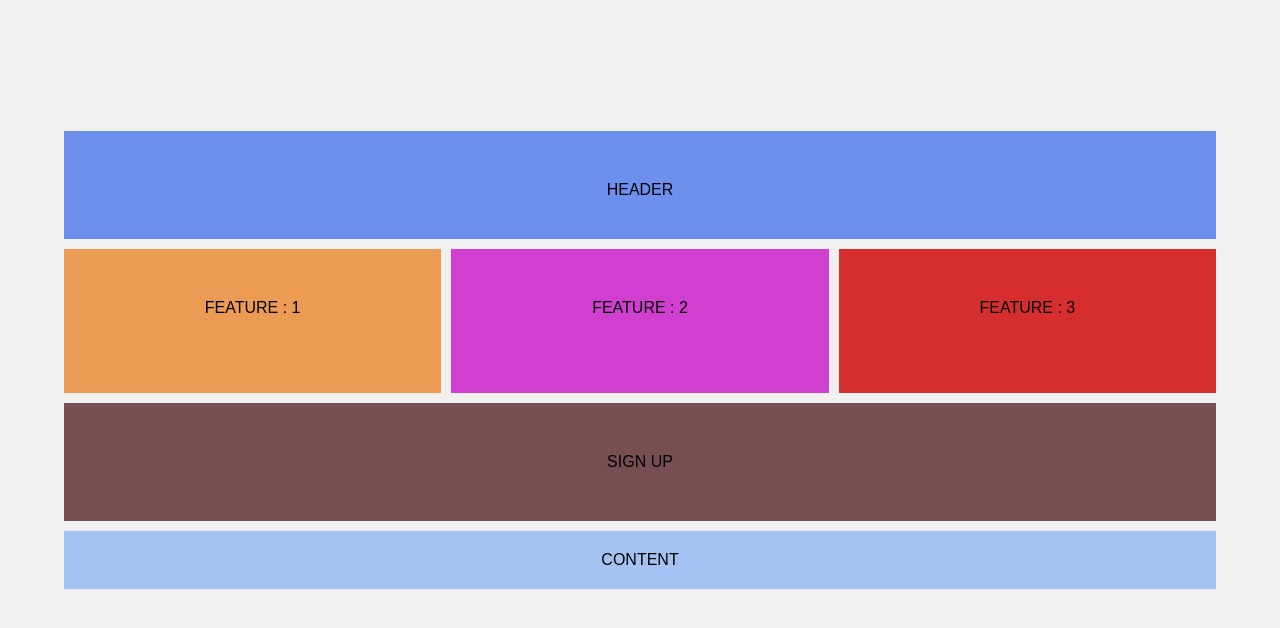
Repository: viveknaidu007/repo-152-FSD-InnomaticsTasksSep2024
Page: task_3/index.html
The author's editor kept a copy of each file at every save. The page is drawn from the files as they stood at one save, then again after the next save.
The browser window is 1280 px wide. The pictures show the whole page.

Above is the page before, as saved 2024-10-02 11:54:06.

After the next save:
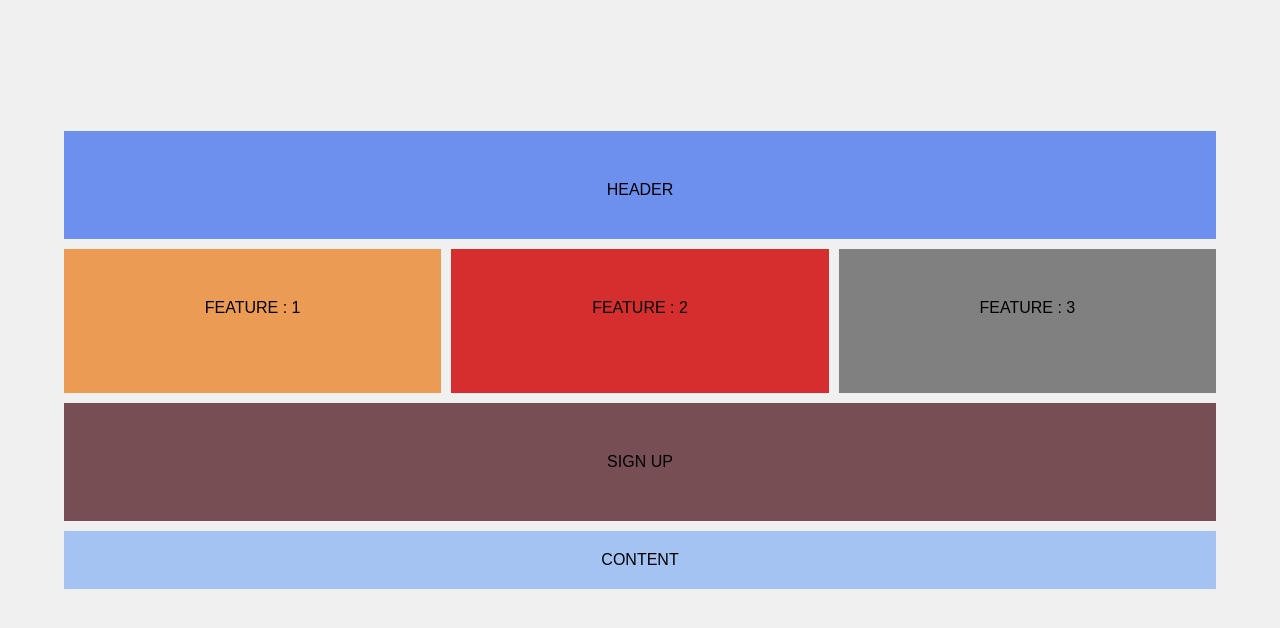
Saved 115 s later.
--- a/task_3/styles.css
+++ b/task_3/styles.css
@@ -46,14 +46,14 @@
   }
 
   .feature2 {
-    background-color: #d03fd0;
+    background-color: #d62e2e;
     height:20vh;
     padding: 50px;
     text-align: center;
   }
 
   .feature3 {
-    background-color: #d62e2e;
+    background-color: grey;
     padding: 50px;
     text-align: center;
   }
